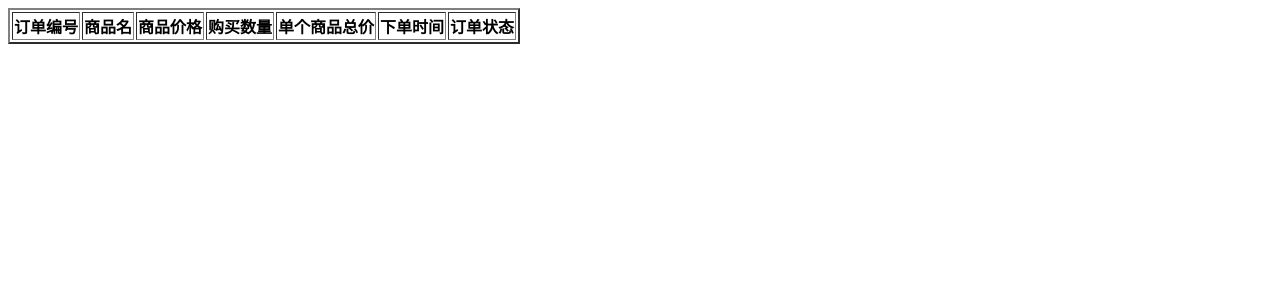
Repository: Gale-student/Gale-student.github.io
Page: http://localhost/weshop/OrdersDetailQueryAllServlet
These files come from the project's save history. The page is drawn as it stood at one moment and after the next save; the edit follows.
The browser window is 1280 px wide. The pictures show the whole page.
The page is served by Tomcat 9. Queries for data that is not in the repository find no rows.

Above is the page before, as saved 2022-10-04 08:50:27.

After the next save:
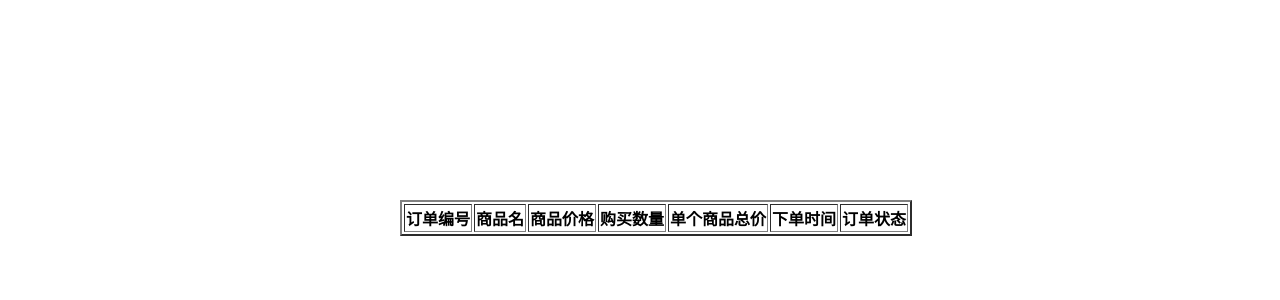
Saved 2 min 56 s later.
--- a/WeShop/weshop/WebRoot/WEB-INF/jsp/OrdersQueryOfUser.jsp
+++ b/WeShop/weshop/WebRoot/WEB-INF/jsp/OrdersQueryOfUser.jsp
@@ -26,7 +26,7 @@ String basePath = request.getScheme()+"://"+request.getServerName()+":"+request.
   </head>
 
   <body>
-    <table border="2" cellspacing="2">
+    <table style="position: absolute; left: 400px; top: 200px;" border="2" cellspacing="2">
        <tr>
           <th>订单编号</th>
           <th>商品名</th>
